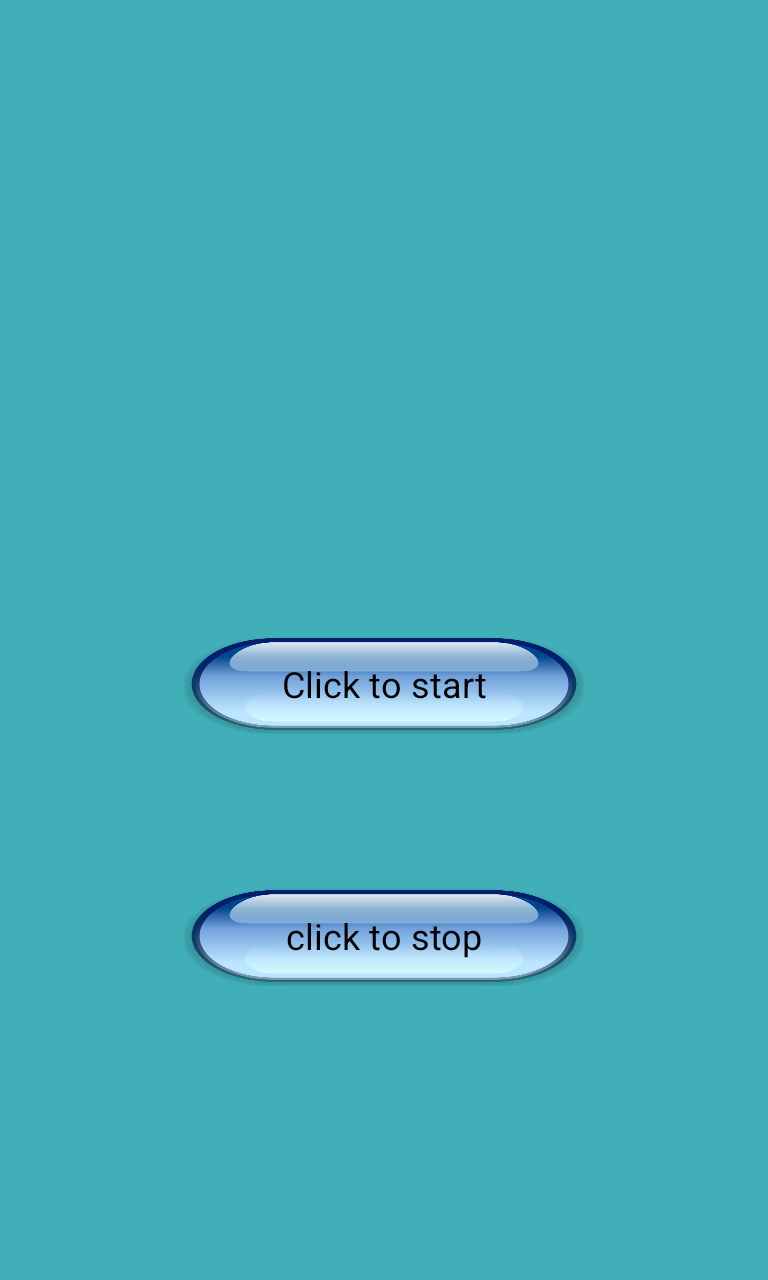
Repository: Shruthi06/designed-droid
Layout: service_demo/res/layout/activity_main.xml
These files come from the project's save history. The layout is drawn as it stood at one moment and after the next save; the edit follows.
It is drawn on a 768 x 1280 px phone screen (xhdpi) without system bars, with theme AppTheme; the app's code is not run.

Above is the layout before, as saved 2016-02-15 13:26:58.

After the next save:
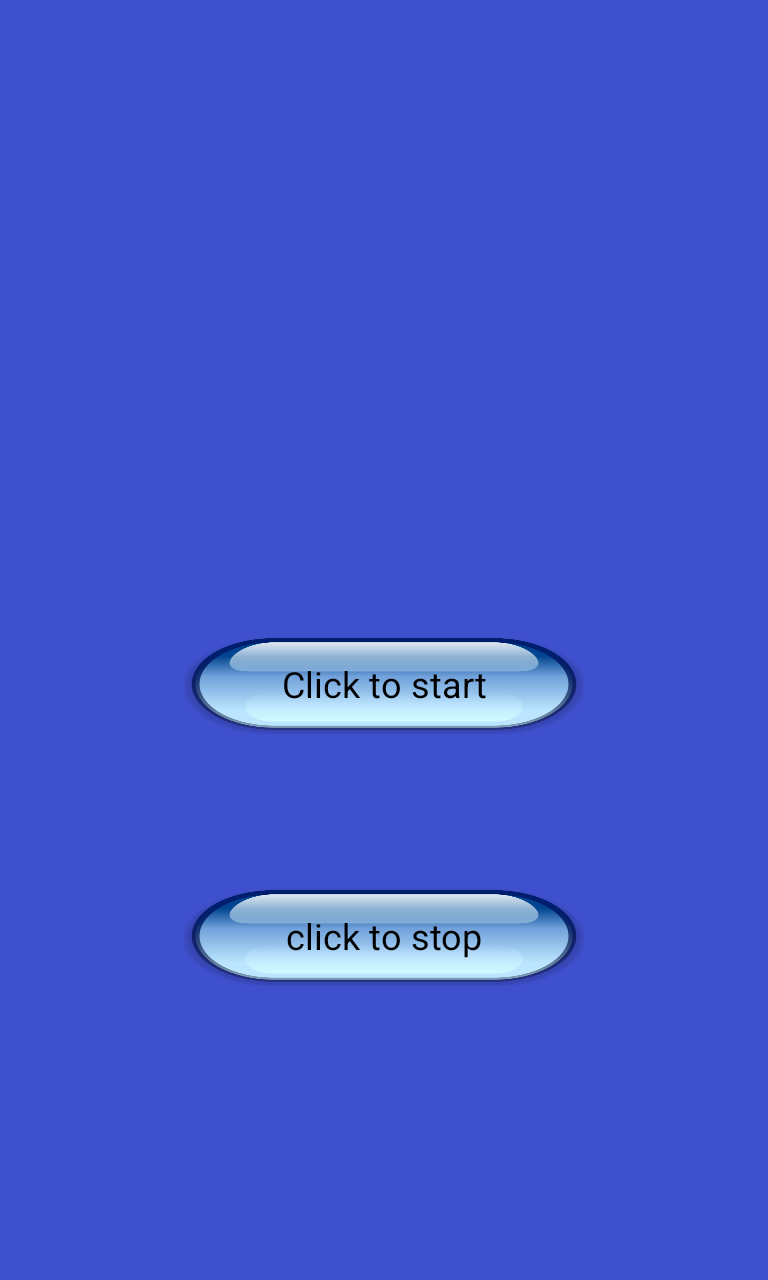
Saved 40 s later.
--- a/service_demo/res/layout/activity_main.xml
+++ b/service_demo/res/layout/activity_main.xml
@@ -6,7 +6,7 @@
     android:paddingLeft="@dimen/activity_horizontal_margin"
     android:paddingRight="@dimen/activity_horizontal_margin"
     android:paddingTop="@dimen/activity_vertical_margin"
-    android:background="#40afb8"
+    android:background="#3f50ce"
     tools:context=".MainActivity" >
 
     <Button
